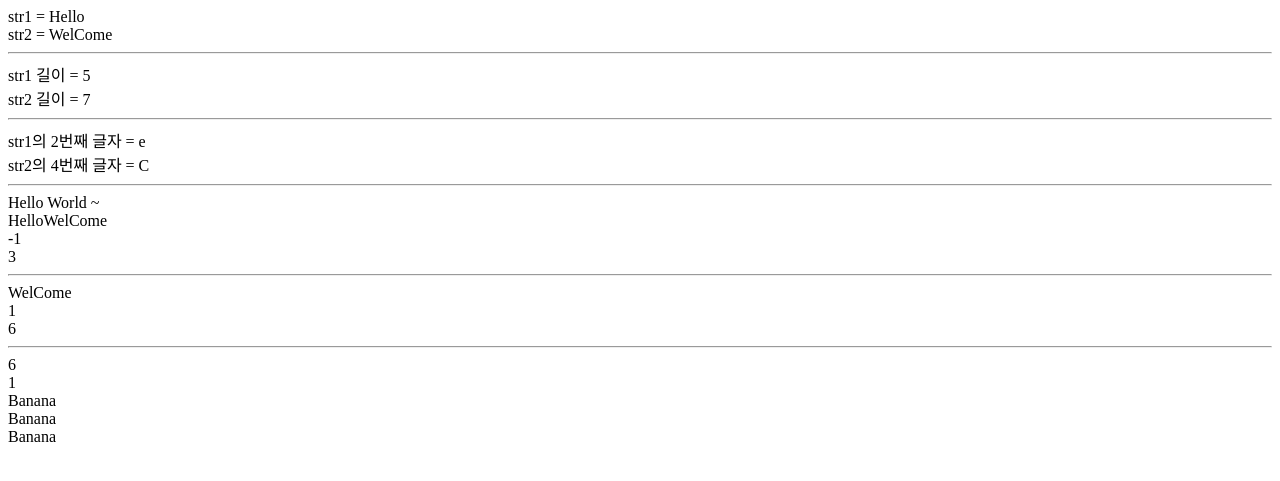
Repository: ady0099/webstudy
Page: 03_javascript/src/main/webapp/day02/ex20_StringClass.html
The author's editor kept a copy of each file at every save. The page is drawn from the files as they stood at one save, then again after the next save.
The browser window is 1280 px wide. The pictures show the whole page.

Above is the page before, as saved 2023-06-29 00:45:57.

### 03_javascript/src/main/webapp/day02/ex20_StringClass.html
<!DOCTYPE html>
<html>
	<head>
		<meta charset="UTF-8">
		<title>String (내장객체)</title>
		<script type="text/javascript">
			// 내장 객체 : javascript가 구동되는 시점에서 바로 제강되며,
		 	// 			javascript코드 어디에서든 사용이 가능하다.
		 	// Object, String, Number, Date, Array, Math, ...

		 	var str1 = "Hello";
			var str2 = new String("WelCome");

			document.write("str1 = "+str1+"<br>");
			document.write("str2 = "+str2+"<br>");
			document.write("<hr>");
			// 길이 : length
			document.write("str1 길이 = "+str1.length+"<br>");
			document.write("str2 길이 = "+str2.length+"<br>");
			document.write("<hr>");
			// n번째 문자 추출 : charAt(n) * n = index = 0부터 시작
			document.write("str1의 2번째 글자 = "+str1.charAt(1)+"<br>");
			document.write("str2의 4번째 글자 = "+str2.charAt(3)+"<br>");
			document.write("<hr>");
			// 문자연결자 : concat(str)
			document.write(str1.concat(" World ~") + "<br>");
			document.write(str1.concat(str2) + "<br>");

			// 해당 문자나 문자열의 위치값 : indexOf('문자 또는 문자열')
			//						 정규식을 사용 못함, -1이면 찾는 문자가 없다.
			document.write(str1.indexOf('C')+"<br>");
			document.write(str2.indexOf('C')+"<br>");
			document.write("<hr>");
			// 해당 문자나 문자열의 위치값 : indexOf('문자 또는 문자열', 시작위치)
			// 첫 번째 e의 위치
			document.write(str2+"<br>");
			document.write(str2.indexOf('e',0)+"<br>");
			// 두 번째 e의 위치
			document.write(str2.indexOf('e',str2.indexOf('e')+1)+"<br>");
			document.write("<hr>");
			document.write(str2.lastIndexOf('e')+"<br>");

			// 해당 문자나 문자열의 위치값 : search('문자 또는 문자열')
			//						 정규식 사용가능, 두 번째 인자는 없다.
			document.write(str2.search('e')+"<br>");

			// 원하는 문자열 추출 : slice, substring, substr
			// slice(begin, end), substring(begin, end) : *end는 포함하지 않는다.
			// substr(begin, 개수)
			str1 = "Apple, Banana, Kiwi";
		 	document.write(str1.slice(7,13)+"<br>");
		 	document.write(str1.substring(7,13)+"<br>");
		 	document.write(str1.substr(7,6)+"<br>");


			// 치환 : replace(old, new)
			document
		</script>
	</head>
	<body>

	</body>
</html>

After the next save:
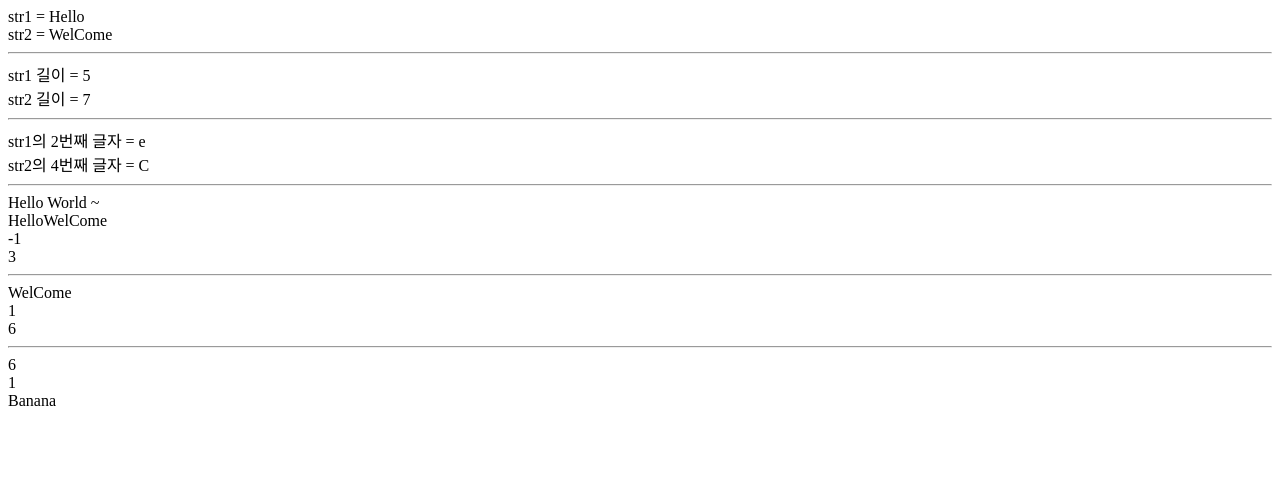
Console error: ReferenceError: substring is not defined
Saved 28 s later.
--- a/03_javascript/src/main/webapp/day02/ex20_StringClass.html
+++ b/03_javascript/src/main/webapp/day02/ex20_StringClass.html
@@ -48,10 +48,15 @@
 			// slice(begin, end), substring(begin, end) : *end는 포함하지 않는다.
 			// substr(begin, 개수)
 			str1 = "Apple, Banana, Kiwi";
+			document.write(str1.slice(7,13)+"<br>");
+			document.write(str1,substring(7,13)+"<br>");
+			document.write(str1,substr(7,6)+"<br>");
+
+
+			str1 = "Apple, Banana, Kiwi";
 		 	document.write(str1.slice(7,13)+"<br>");
 		 	document.write(str1.substring(7,13)+"<br>");
 		 	document.write(str1.substr(7,6)+"<br>");
-
 
 			// 치환 : replace(old, new)
 			document

After the save that followed:
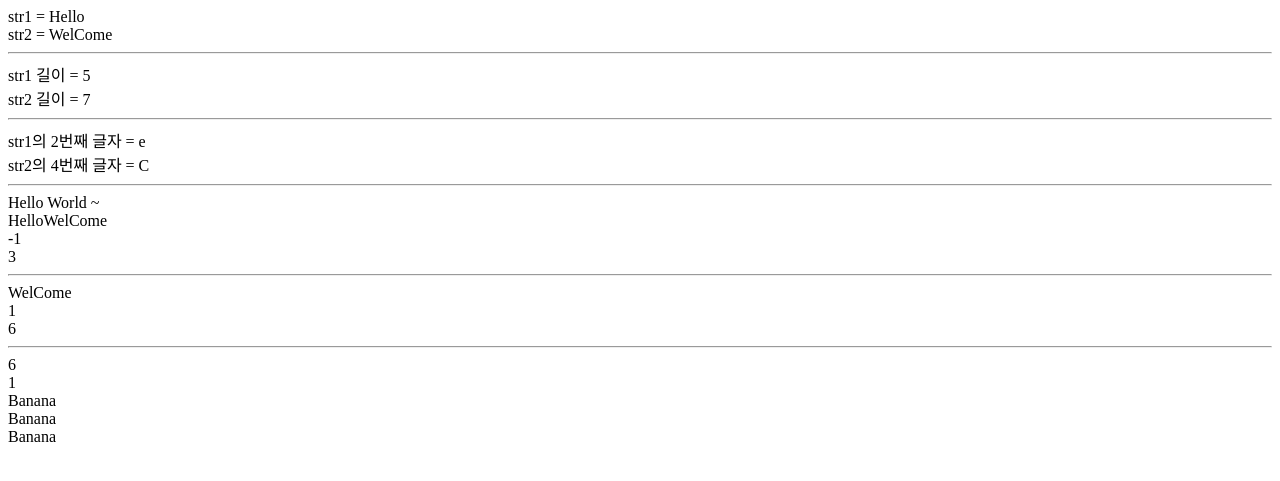
The error is gone.
Saved 30 s later.
--- a/03_javascript/src/main/webapp/day02/ex20_StringClass.html
+++ b/03_javascript/src/main/webapp/day02/ex20_StringClass.html
@@ -49,14 +49,8 @@
 			// substr(begin, 개수)
 			str1 = "Apple, Banana, Kiwi";
 			document.write(str1.slice(7,13)+"<br>");
-			document.write(str1,substring(7,13)+"<br>");
-			document.write(str1,substr(7,6)+"<br>");
-
-
-			str1 = "Apple, Banana, Kiwi";
-		 	document.write(str1.slice(7,13)+"<br>");
-		 	document.write(str1.substring(7,13)+"<br>");
-		 	document.write(str1.substr(7,6)+"<br>");
+			document.write(str1.substring(7,13)+"<br>");
+			document.write(str1.substr(7,6)+"<br>");
 
 			// 치환 : replace(old, new)
 			document
